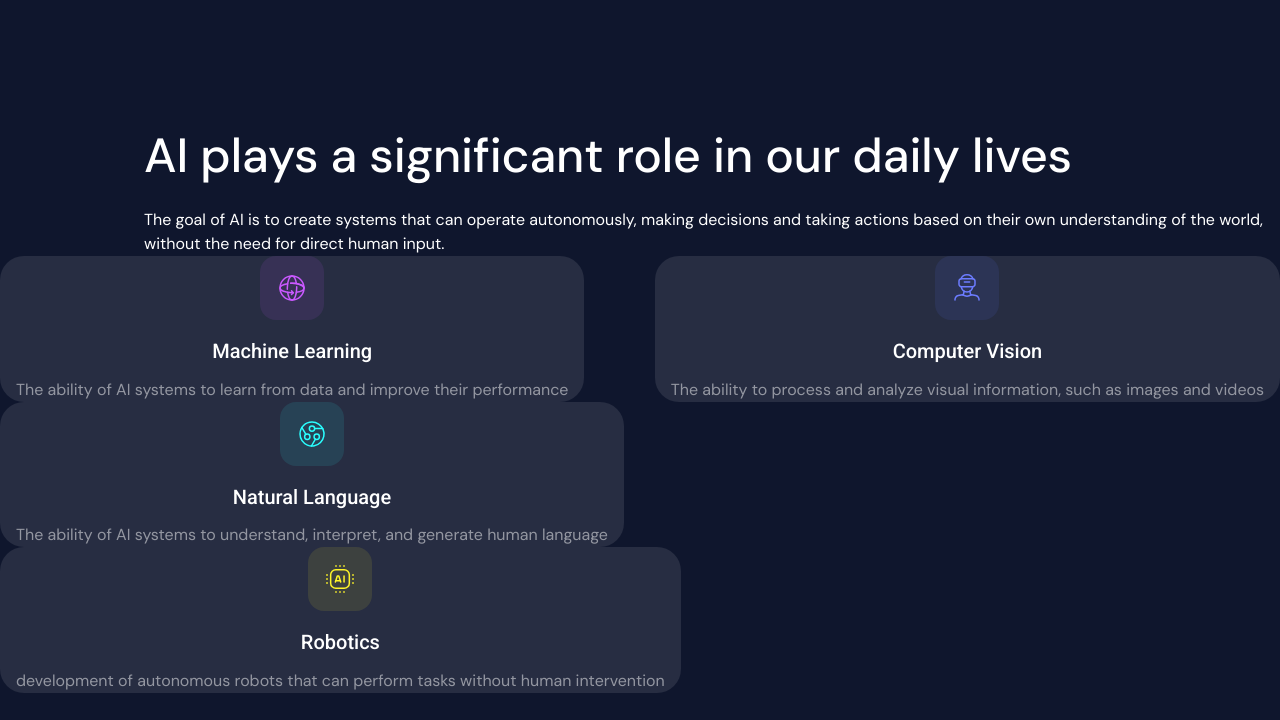
Repository: alphatra/INVO-Academy
Page: / (app in [lvl 1] Sekcja 4 obszarów AI/Starter-code/)
The author's editor kept a copy of each file at every save. The page is drawn from the files as they stood at one save, then again after a run of saves.
The browser window is 1280 px wide. The pictures show the whole page.
The project was rebuilt for these pictures with package versions that can differ from the ones it lists, and the page was loaded fresh each time.

Above is the page before, as saved 2023-02-24 13:01:11.
Console error: TypeError: Cannot read properties of null (reading 'addEventListener')

After the next 2 saves:
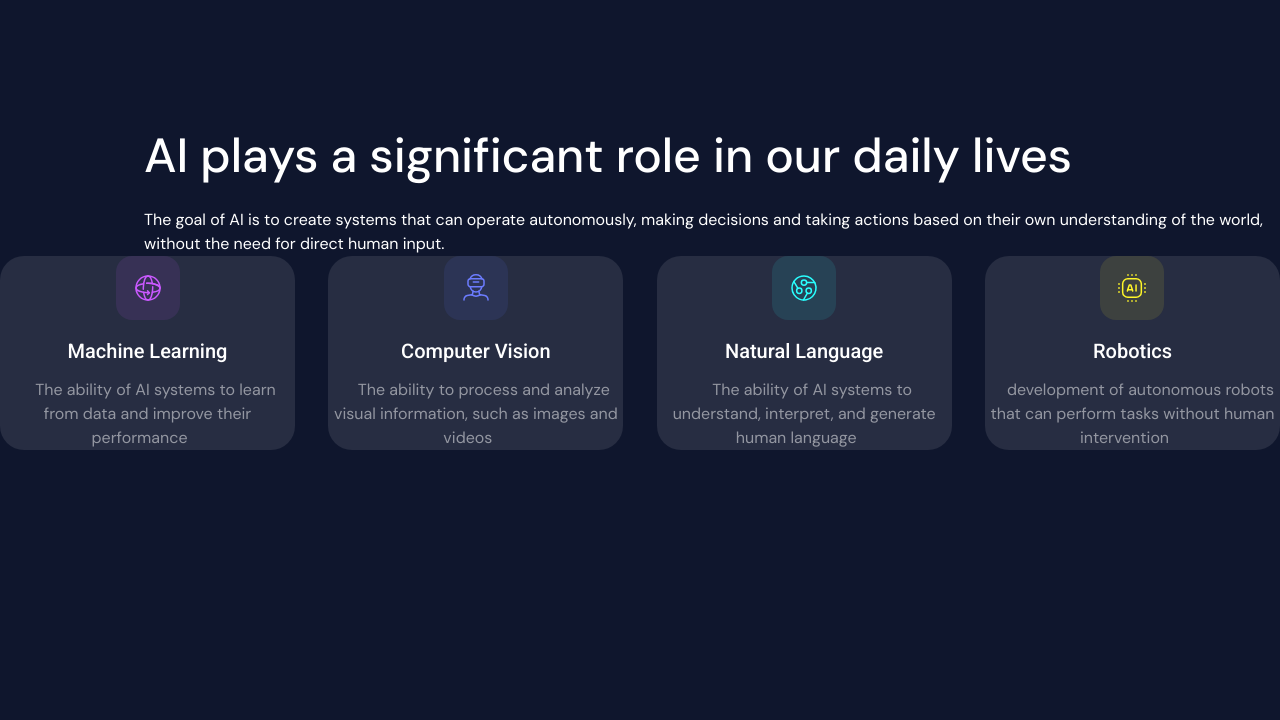
The 2 saves are shown as one change because 1 did not build or start.
The last was saved 27 s later.
--- a/[lvl 1] Sekcja 4 obszarów AI/Starter-code/src/pages/home-page/styles/home-page.scss
+++ b/[lvl 1] Sekcja 4 obszarów AI/Starter-code/src/pages/home-page/styles/home-page.scss
@@ -44,6 +44,7 @@
         justify-content: space-between;
 
         .categories__category {
+            flex-basis: calc(25% - 25px);
             background: #272D42;
             border-radius: 24px;
             text-align: center;
